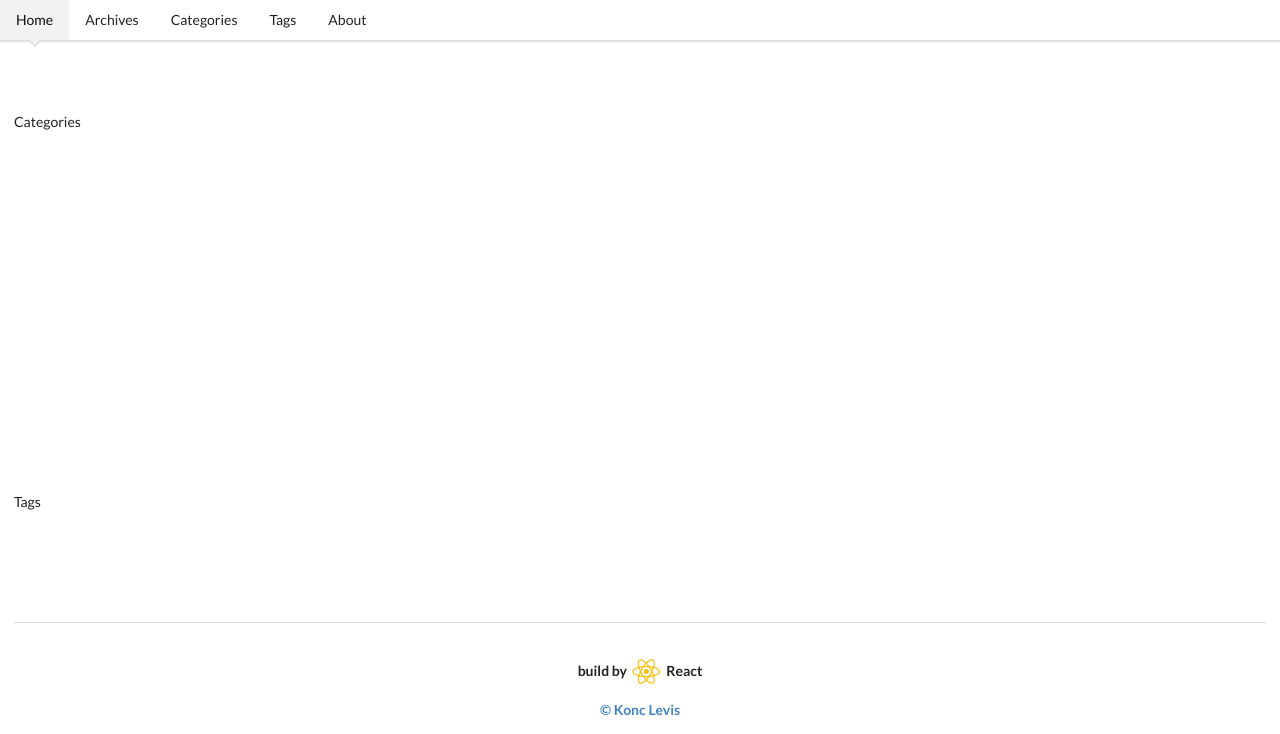
Repository: chu4j/my-spring-cloud-blog-frontend
Page: /
The author's editor kept a copy of each file at every save. The page is drawn from the files as they stood at one save, then again after the next save.
The browser window is 1280 px wide. The pictures show the whole page.
The page's requests for data from a server got no answer. The project was rebuilt for these pictures with package versions that can differ from the ones it lists, and the page was loaded fresh each time. No one was signed in, and anything a server would have sent is missing. Also part of the build but not shown: src/components/Categories.jsx, src/components/FocusContent.jsx, src/css/App.css, src/components/owner/LoginForm.jsx, src/components/Tags.jsx, src/components/Timeline.jsx, src/components/TimelineHome.jsx.

Above is the page before, as saved 2021-02-24 13:06:32.

After the next save:
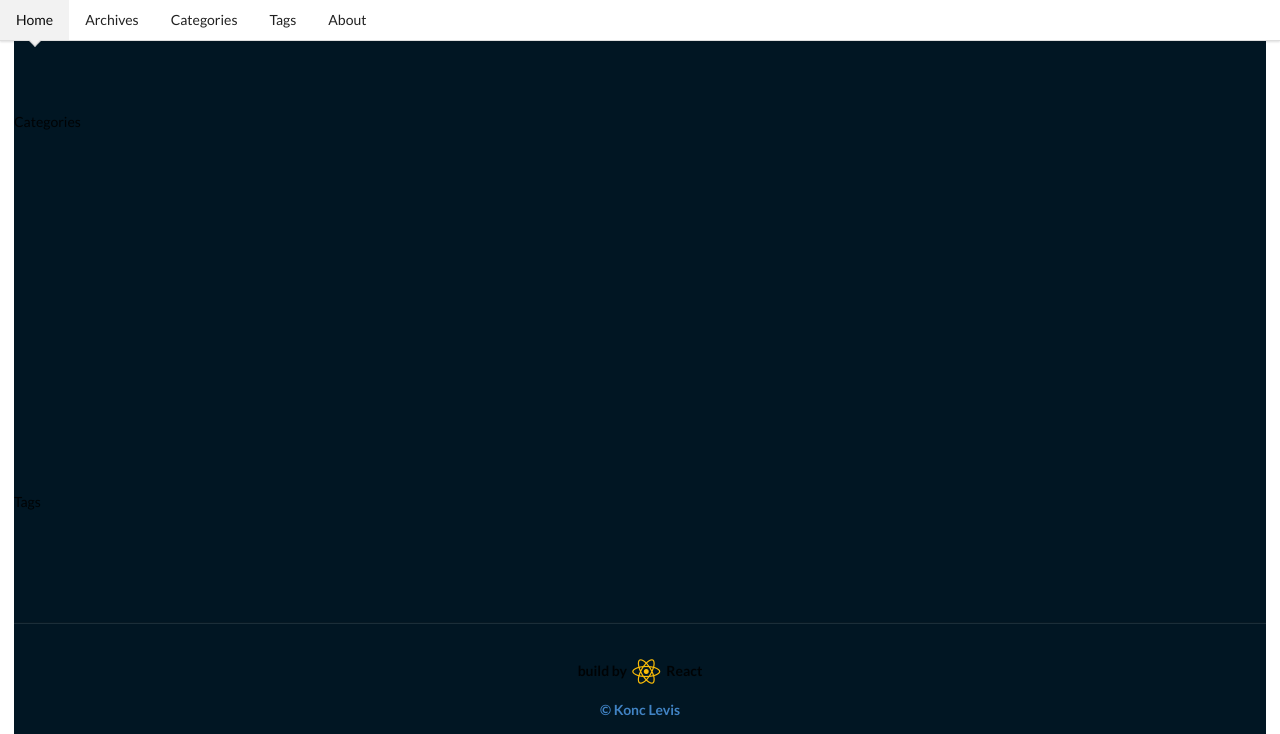
Saved 20 s later.
--- a/src/css/index.css
+++ b/src/css/index.css
@@ -92,3 +92,6 @@ code {
   color: #010101;
   text-decoration: underline;
 }
+.my-container{
+  background-color: #011623;
+}

After the save that followed:
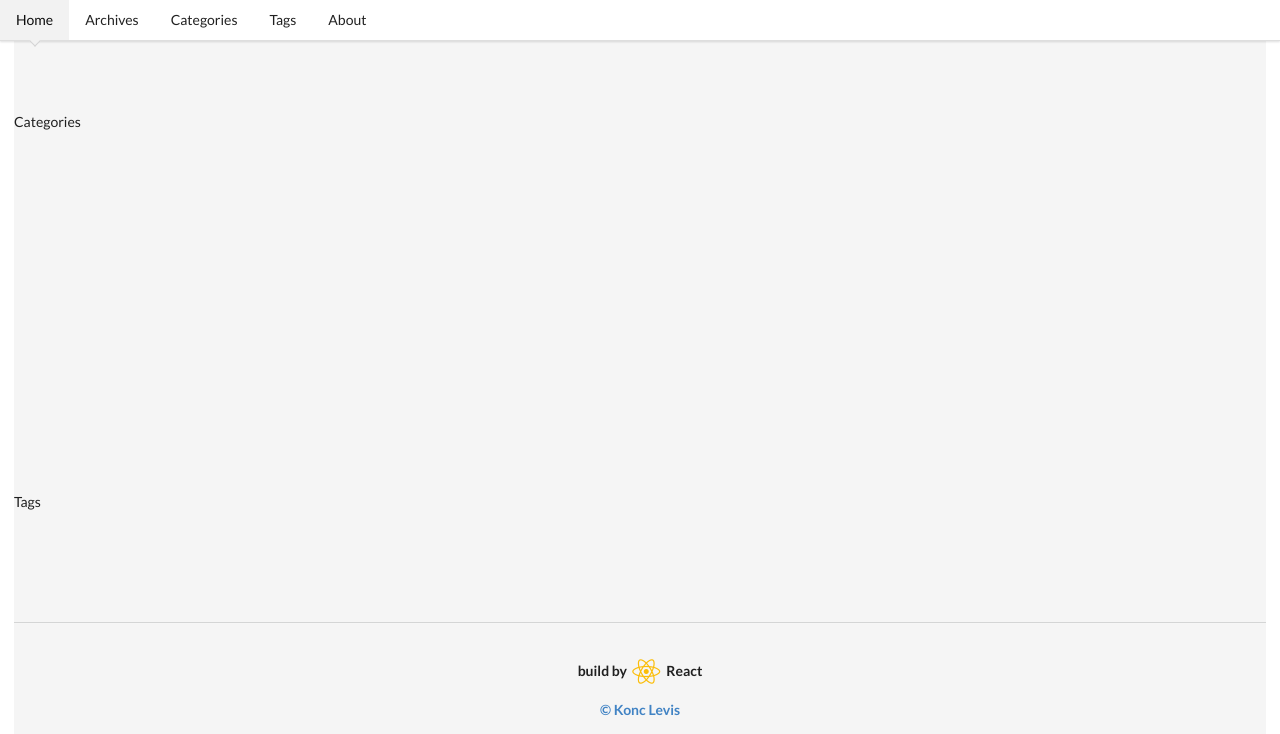
Saved 25 s later.
--- a/src/css/index.css
+++ b/src/css/index.css
@@ -93,5 +93,5 @@ code {
   text-decoration: underline;
 }
 .my-container{
-  background-color: #011623;
+  background-color:whitesmoke;
 }
